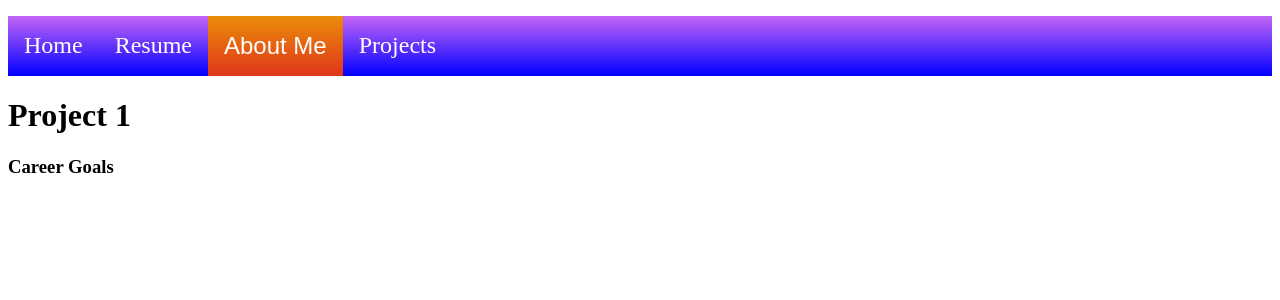
Repository: Peng-uin/Peng-uin.github.io
Page: project1.html
The author's editor kept a record of every edit. The page is drawn from the files as they stood at one moment, then again after the next edit.
The browser window is 1280 px wide. The pictures show the whole page.

Above is the page before.

### project1.html
<!DOCTYPE html>
<html>
    <head>
        <title>Page Title</title>
        <link rel="stylesheet" type="text/css" href="style.css">
    </head>
    <body>

        <ul class="navbar">
            <li><a href="index.html">Home</a></li>
            <li><a href="resume.html">Resume</a></li>
            <li class="active"><a href="aboutme.html">About Me</a></li>
            <li class="dropdown">
                <div>Projects</div>
                <ul class="dropdown-content">
                    <li><a href="project1.html">Project1</a></li>
                     <li><a href="project2.html">Project2</a></li>
                      <li><a href="project3.html">Project3</a></li>
                </ul>

            </li>
        </ul>
        <h1>Project 1</h1>
        <font-size=12px;>
        <h3>Career Goals</h3>
        <p> </p>
    </body>
</html>

### style.css
.navbar{
                list-style: none;
                overflow: hidden;
                padding: 0;
                width: 100%;
                background-image:-webkit-linear-gradient(#c465f7, blue);
                background-image:-moz-linear-gradient(#c465f7, blue);
                background-image:-o-linear-gradient(#c465f7, blue);
                background-image:linear-gradient(#c465f7, blue);
        }

            .navbar a, .dropdown div{
                text-decoration: none;
                color: white;
                font-size:24px;
                padding: 16px;
                display: inline-block;
            }
            .navbar li{
                float: left;
            }
            .navbar li:hover{
                  background-image:-webkit-linear-gradient(#eb8d09,#e0351b);
            background-image:-moz-linear-gradient(#eb8d09,#e0351b);
            background-image:-o-linear-gradient(#eb8d09,#e0351b));
            background-image:linear-gradient(#eb8d09,#e0351b);
            }
            .dropdown-content{
                list-style: none;
                padding: 0;
                display: none;
                position: absolute;
                z-index: 1;
                background-image:-webkit-linear-gradient(#c465f7, blue);
                background-image:-moz-linear-gradient(#c465f7, blue);
                background-image:-o-linear-gradient(#c465f7, blue);
                background-image:linear-gradient(#c465f7, blue);
            }
            .dropdown-content li{
                float:none;
            }
            .dropdown:hover .dropdown-content{
                display: block;

            }
            .active{
                 background-image:-webkit-linear-gradient(#eb8d09,#e0351b);
            background-image:-moz-linear-gradient(#eb8d09,#e0351b);
            background-image:-o-linear-gradient(#eb8d09,#e0351b));
            background-image:linear-gradient(#eb8d09,#e0351b));
            font-family:"Comic-Sans MS,", cursive, sans-serif;
            }
            .li{
                 font-family:"Comic-Sans MS,", cursive, sans-serif;
            }
            .cool {
             font-family:"Comic-Sans MS,", cursive, sans-serif;
            font-style: italic;
            width:100%;
            margin: 0 auto;
            text-align: left;
            color: #03fc56;
            font-size:45px;
            font-weight: bold;
            position: absolute;
            }
            .sans {
                font-family:"Comic-Sans MS,", cursive, sans-serif;
            }
            .headers {
                text-decoration: underline;
                font-weight: bold;
                font-family:"Comic-Sans MS,", cursive, sans-serif;
                font-size: 18px;
                color: white;
            }
            .body {
              background: url("https://encrypted-tbn0.gstatic.com/images?q=tbn:ANd9GcR6ei56HYWQ2Fc84nmbhDW4Qaj4NxrLbnEo1vFj6TJblVsL-bdrnA");
              background-size: cover;
              background-repeat: no-repeat;
            }
            .back {
                color: white;
                font-family:"Comic-Sans MS,", cursive, sans-serif;
            }
            .text {
                color: white;
            }

After the next edit:
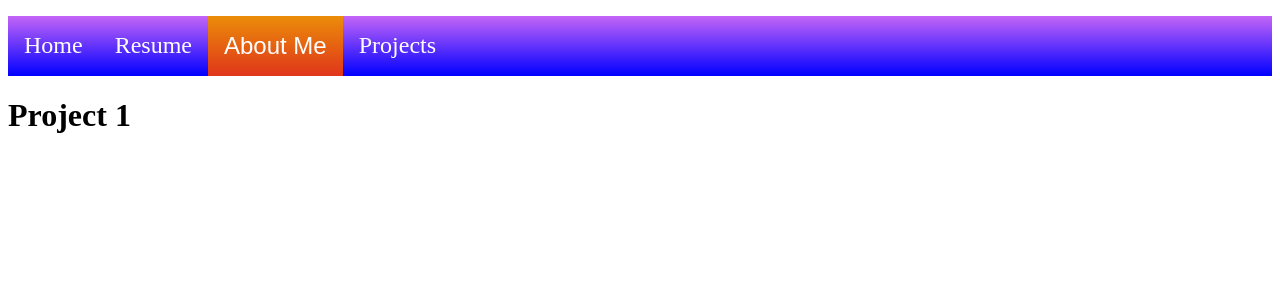
The edit:
--- a/project1.html
+++ b/project1.html
@@ -22,7 +22,6 @@
         </ul>
         <h1>Project 1</h1>
         <font-size=12px;>
-        <h3>Career Goals</h3>
         <p> </p>
     </body>
 </html>
